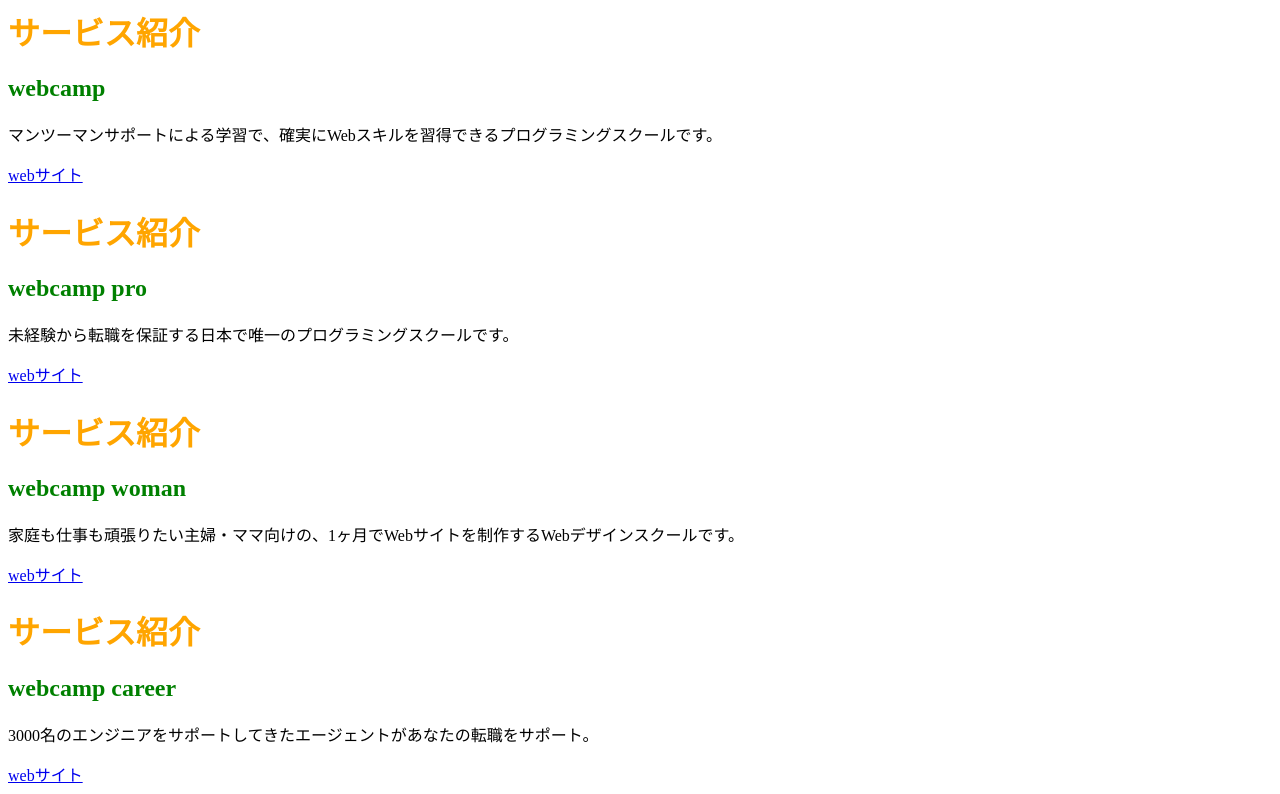
Repository: ego-boosting/assightment_1
Page: brush_up/index.html
The author's editor kept a record of every edit. The page is drawn from the files as they stood at one moment, then again after the next edit.
The browser window is 1280 px wide. The pictures show the whole page.

Above is the page before.

After the next edit:
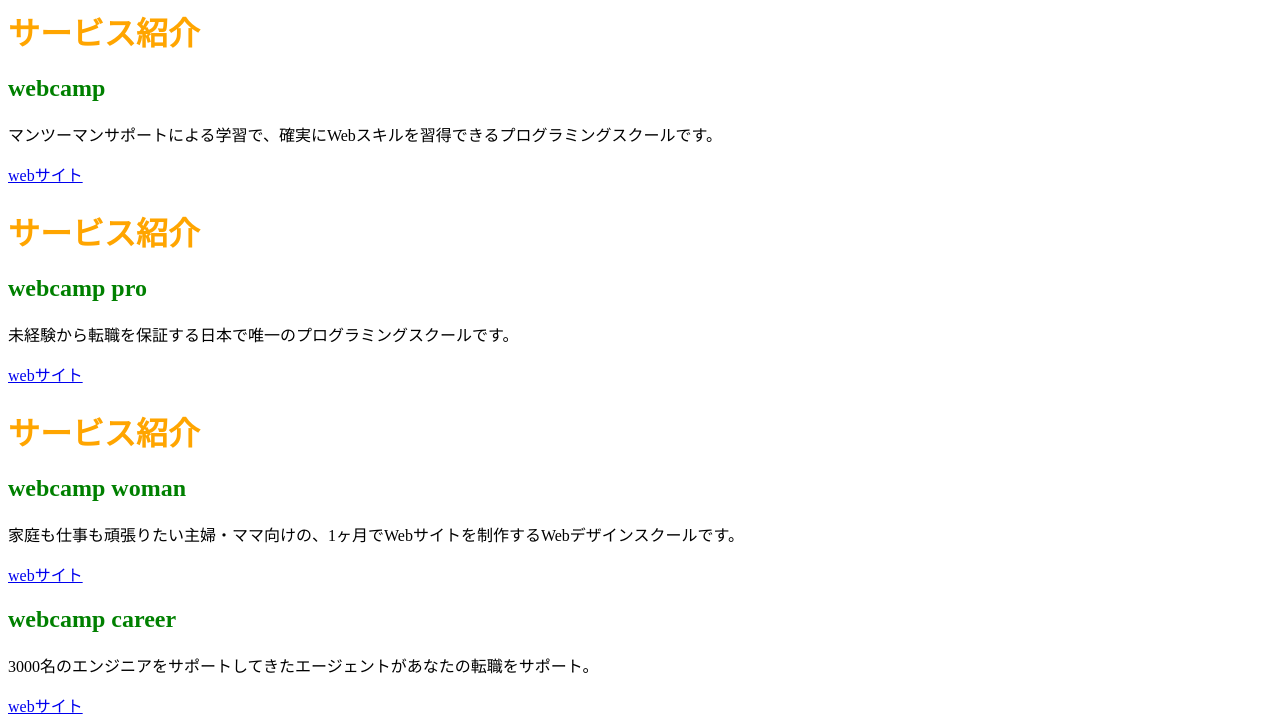
The edit:
--- a/brush_up/index.html
+++ b/brush_up/index.html
@@ -22,7 +22,7 @@
     <p>家庭も仕事も頑張りたい主婦・ママ向けの、1ヶ月でWebサイトを制作するWebデザインスクールです。</p>
     <a href = "https://atsueigo.shop/" >webサイト</a>
 
-    <h1>サービス紹介</h1>
+
     <h2>webcamp career</h2>
     <p>3000名のエンジニアをサポートしてきたエージェントがあなたの転職をサポート。</p>
     <a href = "https://atsueigo.shop/" >webサイト</a>
